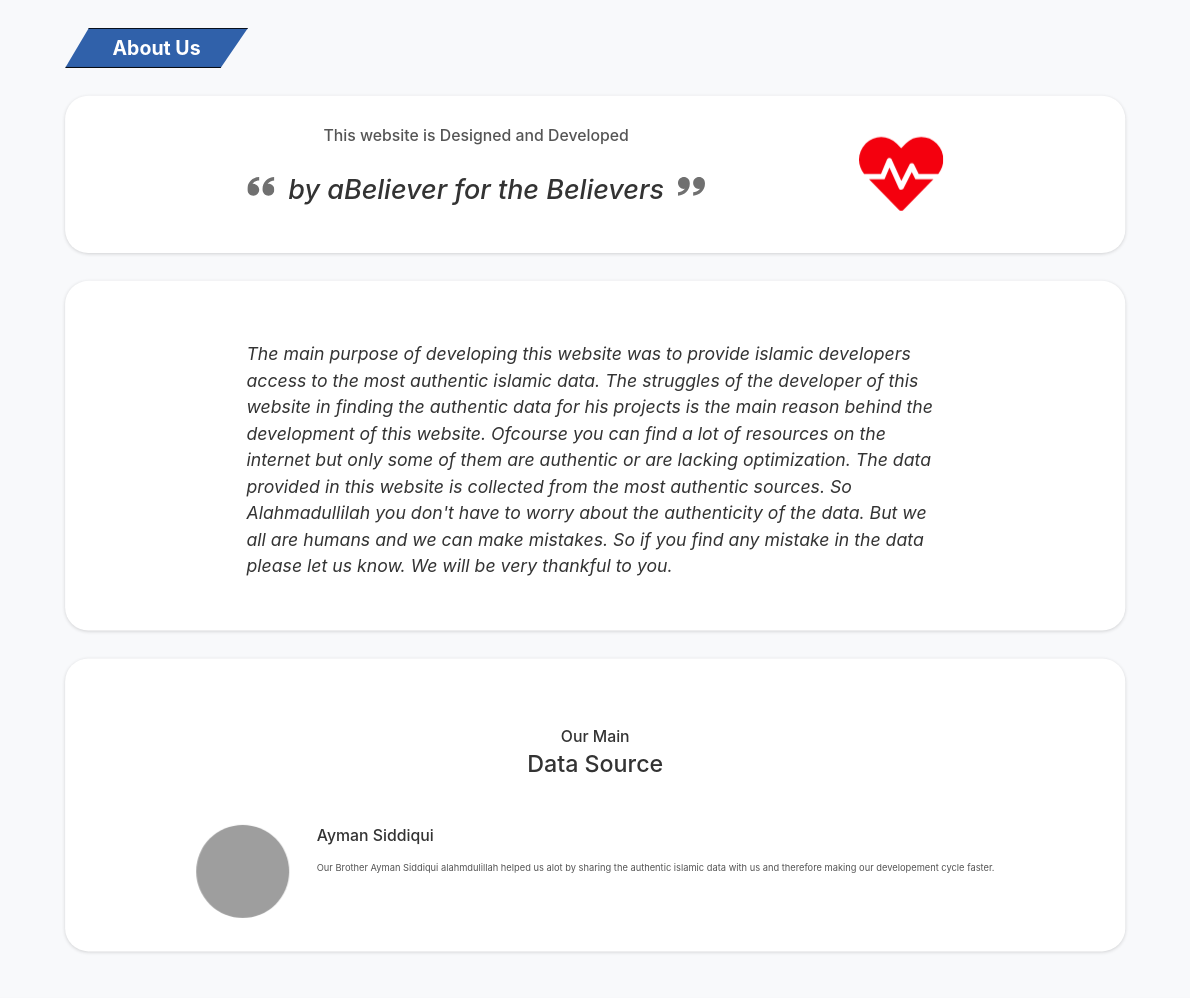
Repository: SpicierEwe/islamic-dev-repo
Page: /legal/about_us
These files come from the project's save history. The page is drawn as it stood at one moment and after the next save; the edit follows.
The browser window is 1280 px wide. The pictures show the whole page, at 93% of full size.
Pictures or frames that could not be fetched are drawn as grey boxes. The project was rebuilt for these pictures with package versions that can differ from the ones it lists, and the page was loaded fresh each time. The framework's server and built-in components were replaced by stand-ins that run in the browser. Also part of the build but not shown: next.config.js.

Above is the page before, as saved 2022-09-16 20:20:18.

### pages/_app.js
import "../styles/globals.css";
import { DataContextProvider } from "../store/data_context";

function MyApp({ Component, pageProps }) {
  return (
    <DataContextProvider>
      <Component {...pageProps} />
    </DataContextProvider>
  );
}

export default MyApp;

### pages/legal/about_us.js
import AboutUs from "../../components/legal/about_us/about_us";

export default function Legal() {
  return (
    <div>
      <AboutUs></AboutUs>
    </div>
  );
}

### styles/globals.css
html,
body,
div,
span,
applet,
object,
iframe,
h1,
h2,
h3,
h4,
h5,
h6,
p,
blockquote,
pre,
a,
abbr,
acronym,
address,
big,
cite,
code,
del,
dfn,
em,
img,
ins,
kbd,
q,
s,
samp,
small,
strike,
strong,
sub,
sup,
tt,
var,
b,
u,
i,
center,
dl,
dt,
dd,
ol,
ul,
li,
fieldset,
form,
label,
legend,
table,
caption,
tbody,
tfoot,
thead,
tr,
th,
td,
article,
aside,
canvas,
details,
embed,
figure,
figcaption,
footer,
header,
hgroup,
menu,
nav,
output,
ruby,
section,
summary,
time,
mark,
audio,
video {
  margin: 0;
  padding: 0;
  border: 0;
  vertical-align: baseline;
}
/* HTML5 display-role reset for older browsers */
article,
aside,
details,
figcaption,
figure,
footer,
header,
hgroup,
menu,
nav,
section {
  display: block;
}
body {
  line-height: 1;
}
ol,
ul {
  list-style: none;
}
blockquote,
q {
  quotes: none;
}
blockquote:before,
blockquote:after,
q:before,
q:after {
  content: "";
  content: none;
}
table {
  border-collapse: collapse;
  border-spacing: 0;
}

/*

 ////////////////////////////////////////////////////////////////////////////from here are the styles
 //////////////////////////////////////////////////////////////////////////

*/

:root {
  --complementary-blue: #0077b6;
  --heading_black: #080808;
}

html {
  font-size: 62.5%;
}

html,
body {
  padding: 0;
  margin: 0;
  /* font-family: "Roboto", "Open Sans", sans-serif, -apple-system,
    BlinkMacSystemFont, Segoe UI, Roboto, Oxygen, Ubuntu, Cantarell, Fira Sans,
    Droid Sans, Helvetica Neue, sans-serif; */

  font-family: -apple-system, BlinkMacSystemFont, Segoe UI, Roboto, Oxygen,
    Ubuntu, Cantarell, Fira Sans, Droid Sans, Helvetica Neue, sans-serif;
  font-weight: 400;
  line-height: 1;
  color: #555;
  box-sizing: border-box;

  background-color: #f8f9fb;

  /* will make the website unselectable/copyable */
  /* -webkit-touch-callout: none;
  -webkit-user-select: none;
  -khtml-user-select: none;
  -moz-user-select: none;
  -ms-user-select: none;
  user-select: none; */
}

a {
  color: inherit;
  text-decoration: none;
}

* {
  box-sizing: border-box;
}

### store/data_context.js
import { createContext, useState } from "react";

const DataContext = createContext({
  db: [],
  downlodable_data: [],
  globaliseDataFunction: (data) => {},
  globaliseDownloadableData: (data) => {},
});

export function DataContextProvider(props) {
  const [db, setDb] = useState([]);
  const [downlodableData, setdownlodableData] = useState([]);

  // globalize db
  function globaliseData(data) {
    /// will update the data
    setDb(data);
  }

  // globalize db
  function globaliseDownloadableData(data) {
    /// will update the data
    setdownlodableData(data);
  }

  const context = {
    db: db,
    downlodable_data: downlodableData,
    globaliseDataFunction: globaliseData,
    globaliseDownloadableData: globaliseDownloadableData,
  };

  return (
    <DataContext.Provider value={context}>
      {props.children}
    </DataContext.Provider>
  );
}

export default DataContext;

### components/legal/about_us/about_us.js
import styles from "./about_us.module.css";
import Image from "next/image";
import { ImQuotesLeft, ImQuotesRight } from "react-icons/im";
import { FaHeartbeat } from "react-icons/fa";

export default function AboutUs(props) {
  return (
    <div className={styles.bg}>
      <h1 className={styles.page_title}>About Us</h1>
      <div className={styles.container_development}>
        <div>
          <p className={styles.intro}>This website is Designed and Developed</p>
          <blockquote>
            <h3 className={styles.quote}>
              <ImQuotesLeft color="#707070" style={{ marginRight: "1.5rem" }} />
              by aBeliever for the Believers
              <ImQuotesRight color="#707070" style={{ marginLeft: "1.5rem" }} />
            </h3>
          </blockquote>
        </div>
        <div className={styles.heart_icon}>
          <FaHeartbeat size="9rem" color="f4000e" />
        </div>
      </div>
      <div className={styles.container_development}>
        <p className={styles.summary}>
          The main purpose of developing this website was to provide islamic
          developers access to the most authentic islamic data. The struggles of
          the developer of this website in finding the authentic data for his
          projects is the main reason behind the development of this website.
          Ofcourse you can find a lot of resources on the internet but only some
          of them are authentic or are lacking optimization. The data provided
          in this website is collected from the most authentic sources. So
          Alahmadullilah you don&apos;t have to worry about the authenticity of
          the data. But we all are humans and we can make mistakes. So if you
          find any mistake in the data please let us know. We will be very
          thankful to you.
        </p>
      </div>

      <div
        className={`${styles.container_development} ${styles.container_data_source}`}
      >
        <p className={styles.source_title}>
          <span className={styles.head_half}> Our Main</span>
          <br></br> Data Source
        </p>
        {/* data resource description */}
        <div className={styles.resourcer_container}>
          <div>
            <Image
              className={styles.resourcer_image}
              src={
                "https://thumbs.dreamstime.com/b/sheikh-icon-flat-style-isolated-white-background-arab-emirates-symbol-stock-vector-illustration-91220453.jpg"
              }
              height="100%"
              width="100%"
              // layout="fill"
              alt="Sheikh"
            ></Image>
          </div>
          <div>
            <p className={styles.name}>Ayman Siddiqui</p>
            <p>
              Our Brother Ayman Siddiqui alahmdulillah helped us alot by sharing
              the authentic islamic data with us and therefore making our
              developement cycle faster.
            </p>
          </div>
        </div>
      </div>
    </div>
  );
}

### components/legal/about_us/about_us.module.css
.bg {
  /* background-color: red; */
  max-width: 120rem;
  padding: 0 3rem;
  margin: 0 auto;
  padding-bottom: 5rem;
}

.page_title {
  margin-top: 3rem;
  display: inline-block;
  clip-path: polygon(13% 0, 100% 0%, 85% 100%, 0% 100%);
  background-color: #3061aa;
  color: white;
  border: 1px solid black;
  padding: 1rem 5rem;
  font-size: 2.1rem;
}

.container_development {
  justify-content: center;
  align-items: center;
  display: flex;
  border-radius: 2.5rem;
  margin-top: 3rem;
  background-color: white;
  padding: 3.5rem 3rem;
  box-shadow: rgba(0, 0, 0, 0.16) 0px 1px 4px;
  justify-content: space-evenly;
}

.intro {
  text-align: center;
  font-weight: 500;
  color: #555;
  font-size: 1.7rem;
}

.quote {
  margin-top: 3rem;
  color: #333;
  font-weight: 500;
  font-size: 2.9rem;
  font-style: italic;
  padding-bottom: 1.9rem;
  text-align: center;
}

/* heart icon */
.heart_icon {
  animation: heartBeat 1.5s infinite;
}

/* heart icon animation */
@keyframes heartBeat {
  0% {
    transform: scale(1);
  }
  20% {
    transform: scale(1.1);
  }
  40% {
    transform: scale(1);
  }
  60% {
    transform: scale(1.1);
  }
  80% {
    transform: scale(1);
  }
  100% {
    transform: scale(1);
  }
}

.summary {
  margin-top: 3rem;
  max-width: 75rem;

  line-height: 1.5;
  color: #333;
  font-size: 1.9rem;
  font-style: italic;
  padding-bottom: 1.9rem;
}

.source_title {
  margin-top: 3rem;
  color: #333;
  font-weight: 500;
  font-size: 2.5rem;
  line-height: 1.3;
  /* font-style: italic; */
  padding-bottom: 1.9rem;
  text-align: center;
}

.head_half {
  font-size: 1.7rem;
}

.container_data_source {
  flex-direction: column;
}

/* resourcer classes */

.resourcer_container {
  display: flex;
  justify-content: center;
  margin-top: 3rem;
  column-gap: 3rem;
}

.resourcer_image {
  width: 100%;
  height: 100%;
  object-fit: cover;
  border-radius: 50%;
}

.name {
  font-weight: 500;
  font-size: 1.7rem;
  line-height: 1.3;
  color: #333;
  padding-bottom: 1.9rem;
}

/* media query */
@media (max-width: 768px) {
  .container_development {
    flex-direction: column;
    row-gap: 1.5rem;
  }
  .resourcer_container {
    flex-direction: column;
    justify-content: center;
    align-items: center;
    row-gap: 2.5rem;
  }
  .name {
    text-align: center;
  }
}

After the next save:
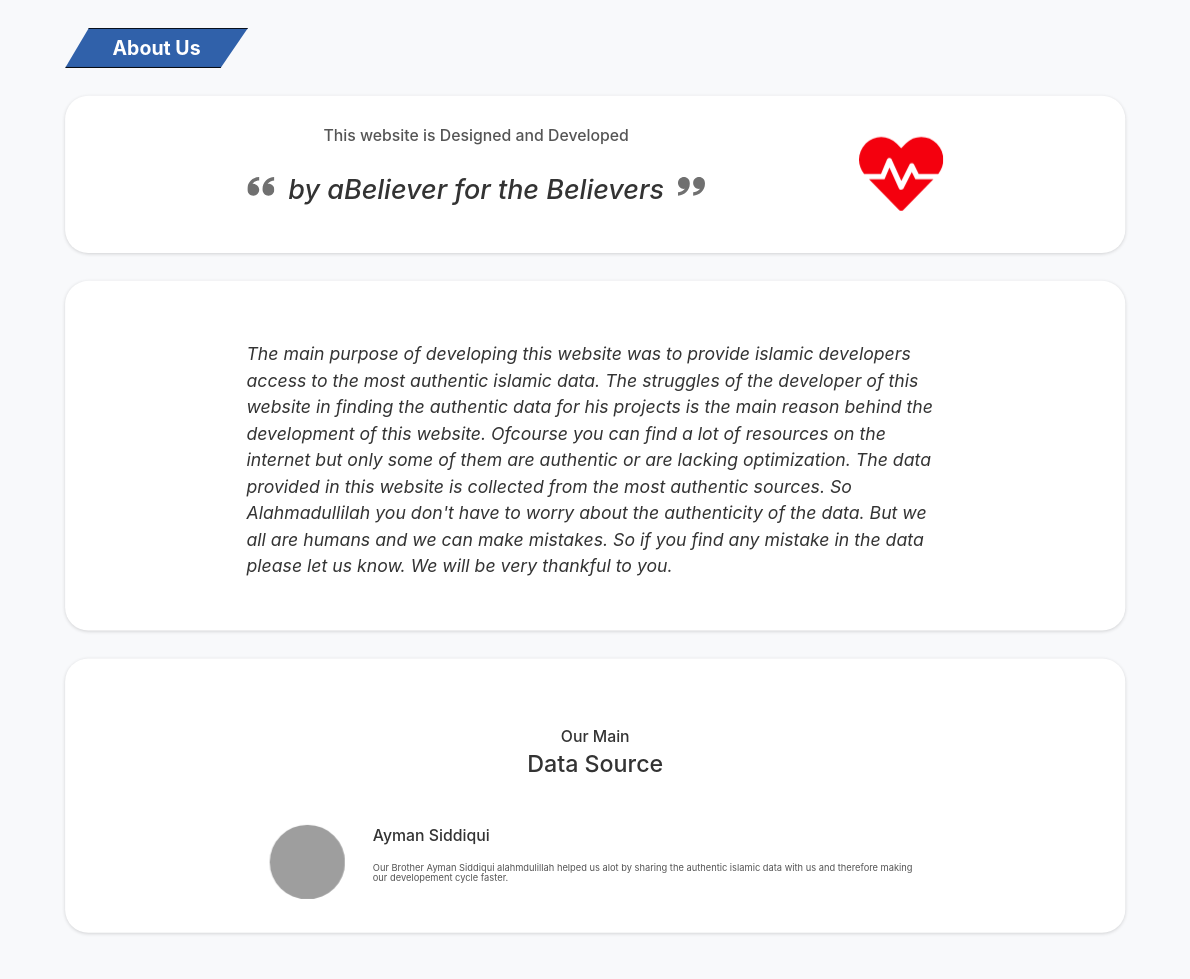
Saved 20 s later.
--- a/components/legal/about_us/about_us.module.css
+++ b/components/legal/about_us/about_us.module.css
@@ -106,6 +106,7 @@
 /* resourcer classes */
 
 .resourcer_container {
+  max-width: 70rem;
   display: flex;
   justify-content: center;
   margin-top: 3rem;

After the save that followed:
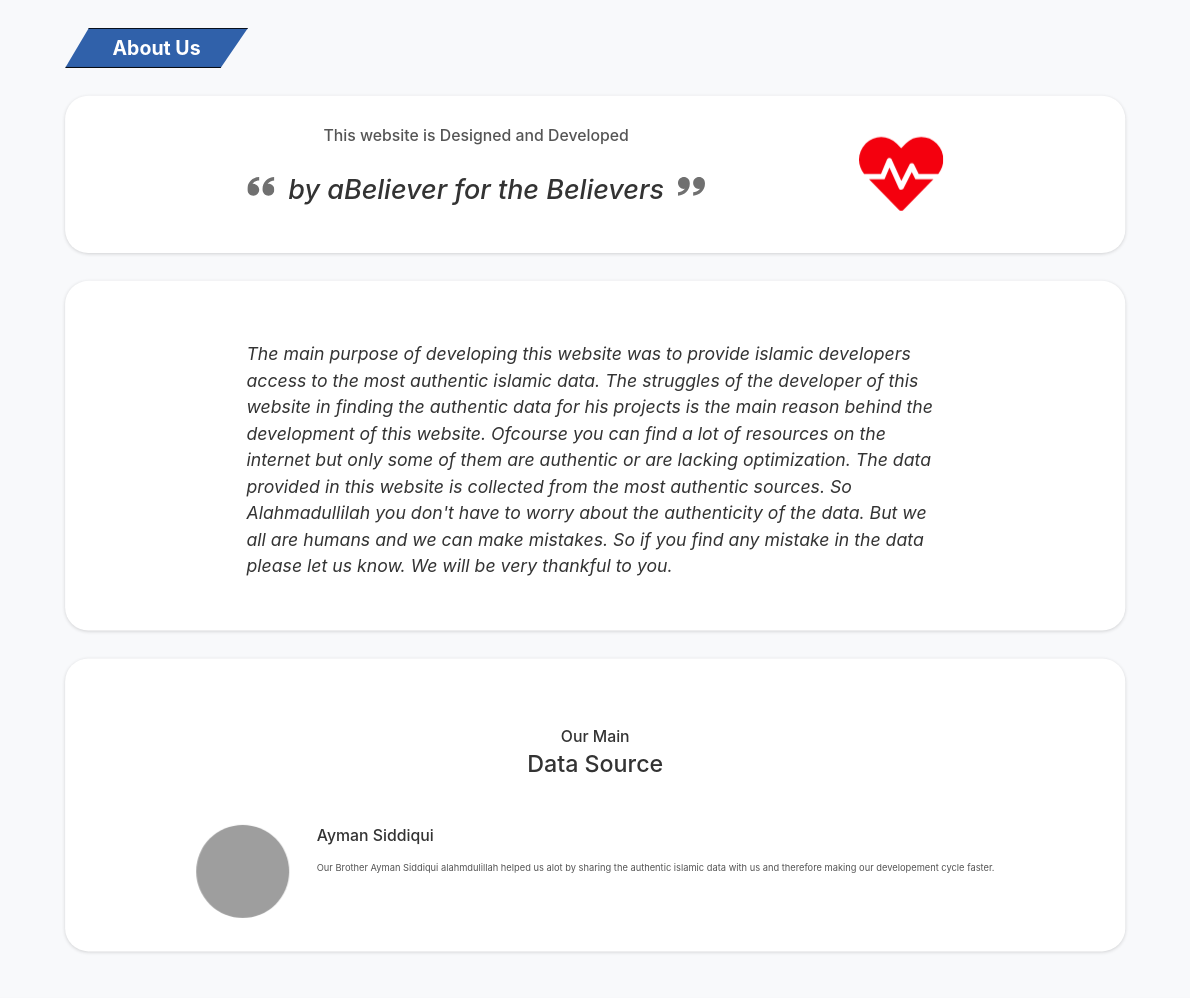
Saved 12 s later.
--- a/components/legal/about_us/about_us.module.css
+++ b/components/legal/about_us/about_us.module.css
@@ -106,7 +106,7 @@
 /* resourcer classes */
 
 .resourcer_container {
-  max-width: 70rem;
+  padding: 0 5rem;
   display: flex;
   justify-content: center;
   margin-top: 3rem;
